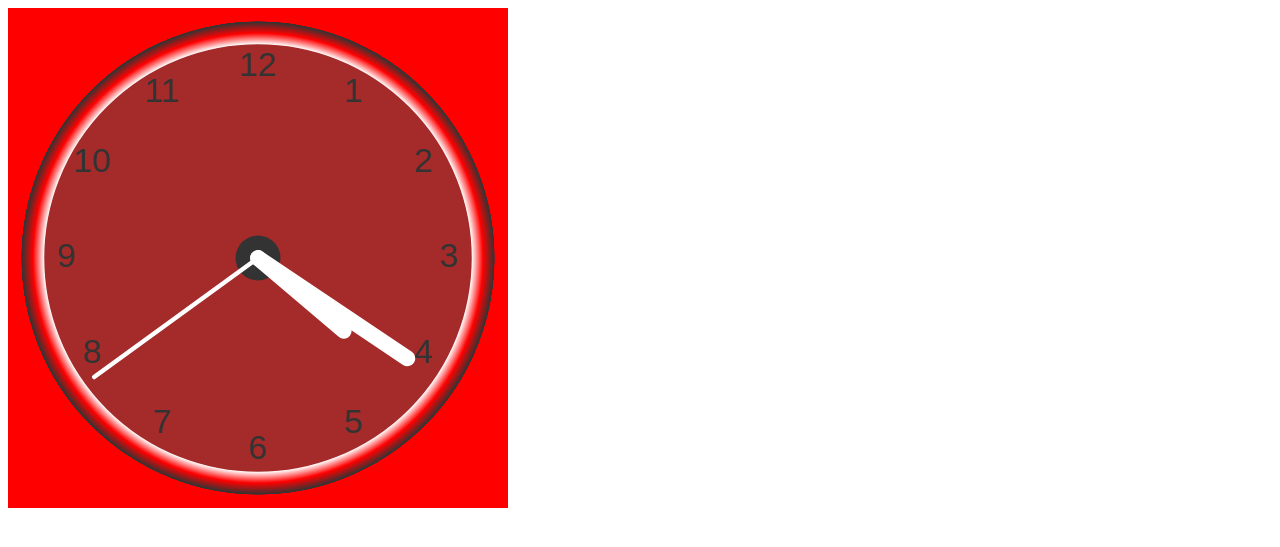
Repository: ManojAndroid/WellcomeToAndroidApp
Page: AddressBook_App/Canvas_Project/WebContent/Clock.html
The author's editor kept a copy of each file at every save. The page is drawn from the files as they stood at one save, then again after the next save.
The browser window is 1280 px wide. The pictures show the whole page.

Above is the page before, as saved 2017-04-20 13:12:11.

After the next save:
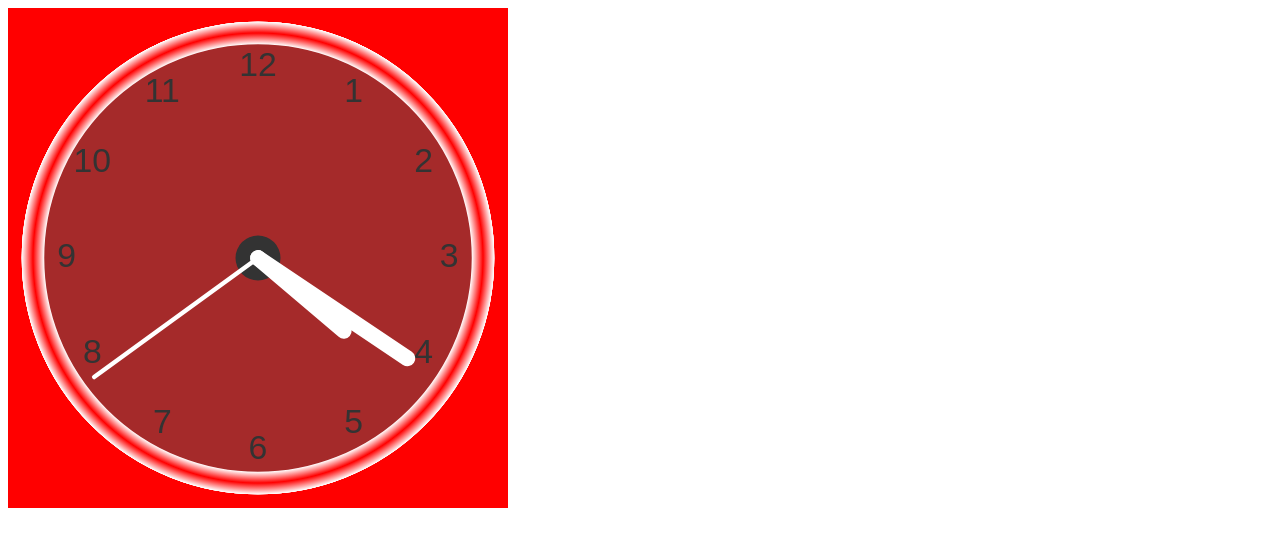
Saved 10 s later.
--- a/AddressBook_App/Canvas_Project/WebContent/Clock.html
+++ b/AddressBook_App/Canvas_Project/WebContent/Clock.html
@@ -29,7 +29,7 @@ function drawFace(ctx, radius) {
   grad = ctx.createRadialGradient(0,0,radius*0.95, 0,0,radius*1.05);
   grad.addColorStop(0, 'white');
   grad.addColorStop(0.5, 'red');
-  grad.addColorStop(1, '#333');
+  grad.addColorStop(1, 'white');
   ctx.strokeStyle = grad;
   ctx.lineWidth = radius*0.1;
   ctx.stroke();
